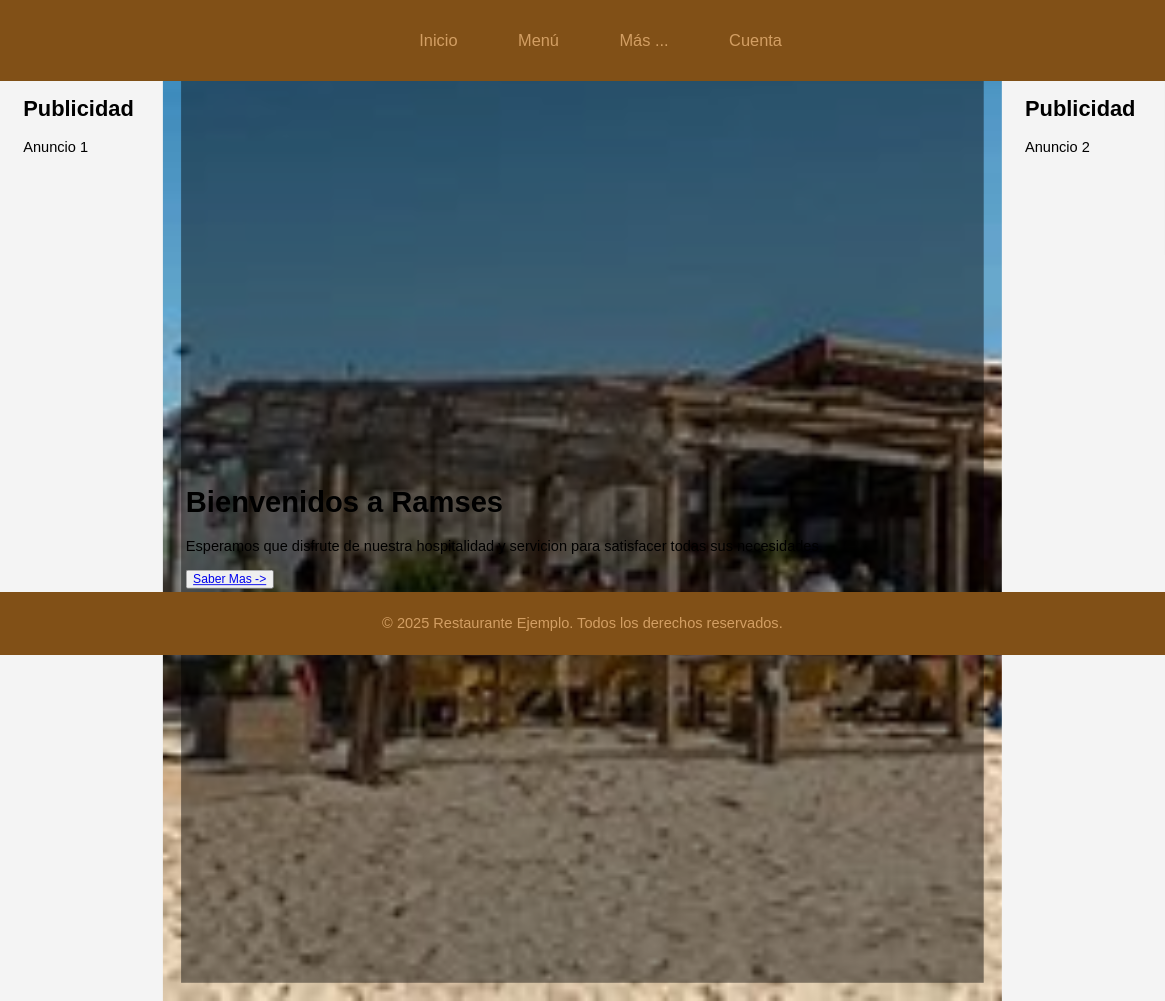
Repository: demoniers/demonIers.github.io
Page: web-lenguajes/src/index.html
An editor plug-in stored every save of this project. The page is shown before and after the next save, followed by the edit.
The browser window is 1280 px wide. The pictures show the whole page, at 91% of full size.

Above is the page before, as saved 2025-01-21 11:31:17.

After the next save:
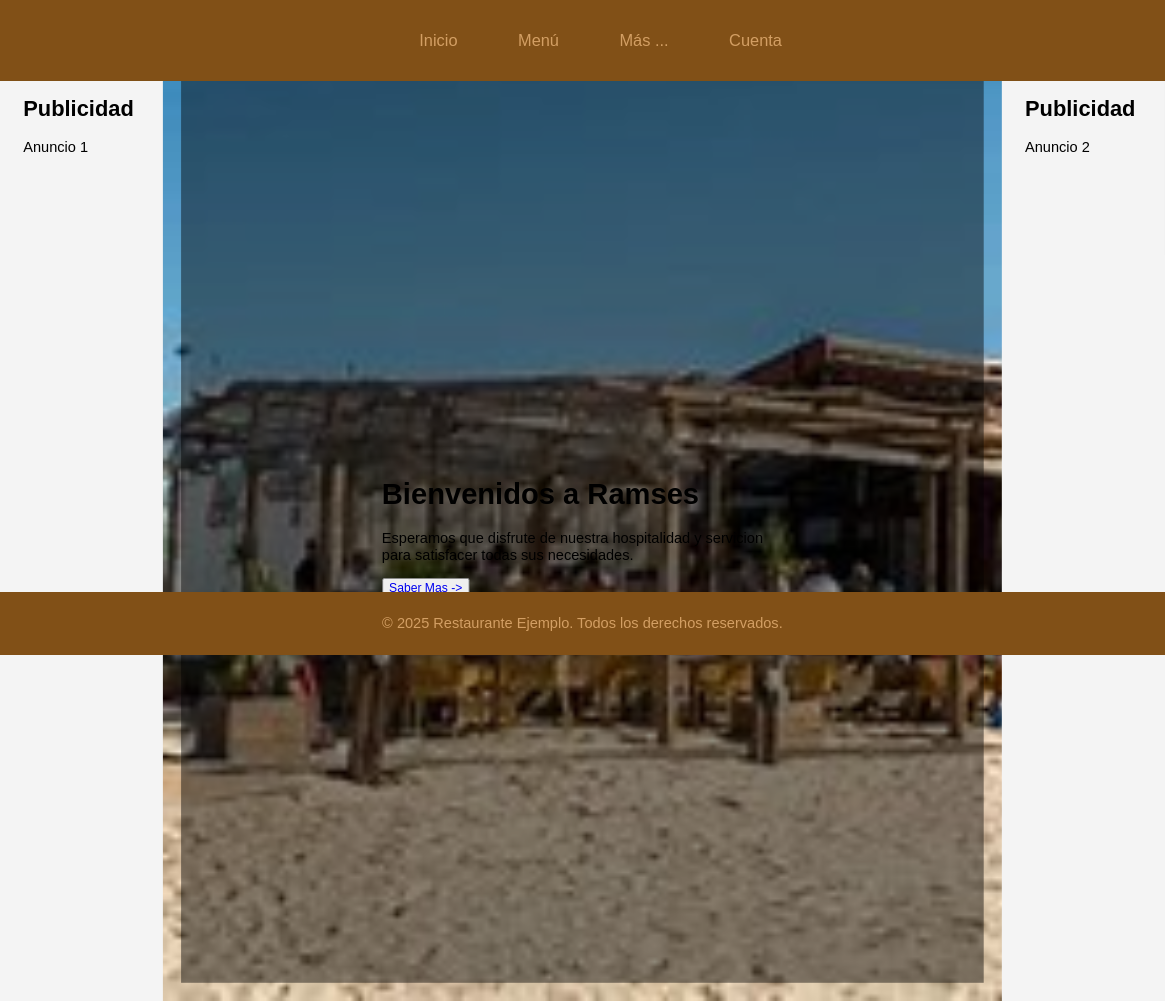
Saved 9 s later.
--- a/web-lenguajes/style/style.css
+++ b/web-lenguajes/style/style.css
@@ -73,7 +73,7 @@ nav ul li:hover ul {
     align-items: center;
     background-color: rgba(0, 0, 0, 0.445);
     width: 100%;
-    padding: 5px;
+    padding: 25%;
     margin: 0;
 }
 
